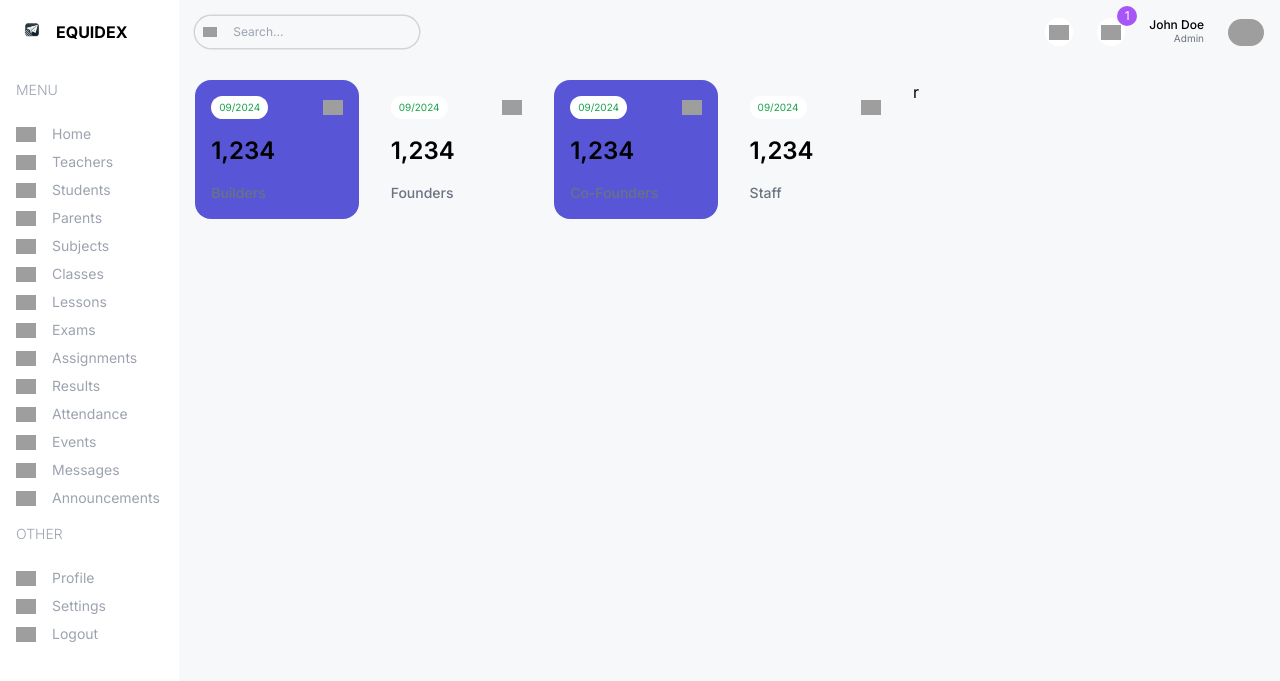
Repository: MikeeBuilds/equidex
Page: /admin
The author's editor kept a copy of each file at every save. The page is drawn from the files as they stood at one save, then again after a run of saves.
The browser window is 1280 px wide. The pictures show the whole page.
Pictures or frames that could not be fetched are drawn as grey boxes. The project was rebuilt for these pictures with package versions that can differ from the ones it lists, and the page was loaded fresh each time. The framework's server and built-in components were replaced by stand-ins that run in the browser. Also part of the build but not shown: next.config.mjs.

Above is the page before, as saved 2024-09-24 18:35:18.

### src/app/layout.tsx
import type { Metadata } from "next";
import { Inter } from "next/font/google";
import "./globals.css";

const inter = Inter({ subsets: ["latin"] });

export const metadata: Metadata = {
  title: "Equidex",
  description: "Link with builders & share workload for sweat equity",
};

export default function RootLayout({
  children,
}: Readonly<{
  children: React.ReactNode;
}>) {
  return (
    <html lang="en">
      <body className={inter.className}>

        {children}
      </body>
    </html>
  );
}

### src/app/(dashboard)/layout.tsx
import Menu from "@/components/Menu";
import Navbar from "@/components/Navbar";
import Image from "next/image";
import Link from "next/link";

export default function DashboardLayout({
  children,
}: Readonly<{
  children: React.ReactNode;
}>) {
  return (
    <div className="h-screen flex">
      {/* LEFT */}
      <div className="w-[14%] md:w-[8%] lg:w-[16%] xl:w-[14%] p-4">
        <Link
          href="/"
          className="flex items-center justify-center lg:justify-start gap-2"
        >
          <Image src="/logo.png" alt="logo" width={32} height={32} />
          <span className="hidden lg:block font-bold">EQUIDEX</span>
        </Link>
        <Menu />
      </div>
      {/* RIGHT */}
      <div className="w-[86%] md:w-[92%] lg:w-[84%] xl:w-[86%] bg-[#F7F8FA] overflow-scroll flex flex-col">
        <Navbar />
        {children}
      </div>
    </div>
  );
}

### src/app/(dashboard)/admin/page.tsx
import UserCard from '@/components/UserCard'
import React from 'react'

const AdminPage = () => {
  return (
    <div className='p-4 flex gap-4 flex-col md:flex-row'>
      {/* LEFT */}
      <div className='w-full lg:w-2/3'>
      {/* USER CARD */}
      <div className='flex gap-4 justify-between flex-wrap'>
        <UserCard type='Builders' />
        <UserCard type='Founders' />
        <UserCard type='Co-Founders' />
        <UserCard type='Staff' />
      </div>
      </div>
      {/* RIGHT */}
      <div className='w-full lg:w-1/3'>r</div>
    </div>

  )
}

export default AdminPage

### src/components/Menu.tsx
import Image from "next/image";
import Link from "next/link";

const menuItems = [
  {
    title: "MENU",
    items: [
      {
        icon: "/home.png",
        label: "Home",
        href: "/",
        visible: ["admin", "teacher", "student", "parent"],
      },
      {
        icon: "/teacher.png",
        label: "Teachers",
        href: "/list/teachers",
        visible: ["admin", "teacher"],
      },
      {
        icon: "/student.png",
        label: "Students",
        href: "/list/students",
        visible: ["admin", "teacher"],
      },
      {
        icon: "/parent.png",
        label: "Parents",
        href: "/list/parents",
        visible: ["admin", "teacher"],
      },
      {
        icon: "/subject.png",
        label: "Subjects",
        href: "/list/subjects",
        visible: ["admin"],
      },
      {
        icon: "/class.png",
        label: "Classes",
        href: "/list/classes",
        visible: ["admin", "teacher"],
      },
      {
        icon: "/lesson.png",
        label: "Lessons",
        href: "/list/lessons",
        visible: ["admin", "teacher"],
      },
      {
        icon: "/exam.png",
        label: "Exams",
        href: "/list/exams",
        visible: ["admin", "teacher", "student", "parent"],
      },
      {
        icon: "/assignment.png",
        label: "Assignments",
        href: "/list/assignments",
        visible: ["admin", "teacher", "student", "parent"],
      },
      {
        icon: "/result.png",
        label: "Results",
        href: "/list/results",
        visible: ["admin", "teacher", "student", "parent"],
      },
      {
        icon: "/attendance.png",
        label: "Attendance",
        href: "/list/attendance",
        visible: ["admin", "teacher", "student", "parent"],
      },
      {
        icon: "/calendar.png",
        label: "Events",
        href: "/list/events",
        visible: ["admin", "teacher", "student", "parent"],
      },
      {
        icon: "/message.png",
        label: "Messages",
        href: "/list/messages",
        visible: ["admin", "teacher", "student", "parent"],
      },
      {
        icon: "/announcement.png",
        label: "Announcements",
        href: "/list/announcements",
        visible: ["admin", "teacher", "student", "parent"],
      },
    ],
  },
  {
    title: "OTHER",
    items: [
      {
        icon: "/profile.png",
        label: "Profile",
        href: "/profile",
        visible: ["admin", "teacher", "student", "parent"],
      },
      {
        icon: "/setting.png",
        label: "Settings",
        href: "/settings",
        visible: ["admin", "teacher", "student", "parent"],
      },
      {
        icon: "/logout.png",
        label: "Logout",
        href: "/logout",
        visible: ["admin", "teacher", "student", "parent"],
      },
    ],
  },
];

const Menu = () => {
  return (
    <div className=" mt-4 text-sm">
      {menuItems.map(i=> (
        <div className="flex flex-col gap-2" key={i.title}>
          <span className="hidden lg:block text-gray-400 font-light my-4">{i.title}</span>
          {i.items.map(item => (
            <Link className="flex items-center justify-center lg:justify-start gap-4 text-gray-400 hover:text-black" href={item.href} key={item.label}>
              <Image src={item.icon} alt="" width={20} height={20} />
              <span className="hidden lg:block">{item.label}</span>
            </Link>
          ))}
        </div>
      ))}
    </div>
  )
}

export default Menu;

### src/components/Navbar.tsx
import Image from "next/image";

const Navbar = () => {
  return (
    <div className="flex items-center justify-between p-4">
      {/* SEARCH BAR */}
      <div className="hidden md:flex items-center gap-2 text-xs rounded-full ring-[1.5px] ring-gray-300 px-2">
        <Image src="/search.png" alt="" width={14} height={14} />
        <input
          type="text"
          placeholder="Search..."
          className="w-[200px] p-2 bg-transparent outline-none"
        />
      </div>
      {/* ICONS AND USER */}
      <div className="flex items-center gap-6 justify-end w-full">
        <div className="bg-white rounded-full w-7 h-7 flex items-center justify-center cursor-pointer">
          <Image src="/message.png" alt="" width={20} height={20} />
        </div>
        <div className="bg-white rounded-full w-7 h-7 flex items-center justify-center cursor-pointer relative">
          <Image src="/announcement.png" alt="" width={20} height={20} />
          <div className="absolute -top-3 -right-3 w-5 h-5 flex items-center justify-center bg-purple-500 text-white rounded-full text-xs">
            1
          </div>
        </div>
        <div className="flex flex-col">
          <span className="text-xs leading-3 font-medium">John Doe</span>
          <span className="text-[10px] text-gray-500 text-right">Admin</span>
        </div>
        <Image
          src="/avatar.png"
          alt=""
          width={36}
          height={36}
          className="rounded-full"
        />
      </div>
    </div>
  );
};

export default Navbar;

### src/components/UserCard.tsx
import Image from 'next/image'
import React from 'react'

const UserCard = ({type}:{type:string}) => {
  return (
    <div className='rounded-2xl odd:bg-dexPurple even:bg-dexPink p-4 flex-1 min-w-[130px]'>
        <div className='flex justify-between items-center'>
            <span className='text-[10px] bg-white px-2 py-1 rounded-full text-green-600'>09/2024</span>
            <Image src="/more.png" alt='more' width={20} height={20} />
        </div>
        <h1 className='text-2xl font-semibold my-4'>1,234</h1>
        <h2 className='capitalize text-sm font-medium text-gray-500'>{type}</h2>
    </div>
  )
}

export default UserCard

### tailwind.config.ts
import type { Config } from "tailwindcss";

const config: Config = {
  content: [
    "./src/pages/**/*.{js,ts,jsx,tsx,mdx}",
    "./src/components/**/*.{js,ts,jsx,tsx,mdx}",
    "./src/app/**/*.{js,ts,jsx,tsx,mdx}",
  ],
  theme: {
    extend: {
      backgroundImage: {
        "gradient-radial": "radial-gradient(var(--tw-gradient-stops))",
        "gradient-conic":
          "conic-gradient(from 180deg at 50% 50%, var(--tw-gradient-stops))",
      },
      colors: {
        dexSky: "#007AFF",
        dexSkyLight: "#D4EDFF",
        dexPurple: "#5856D6",
        dexPurpleLight: "#E5E5EA",
        dexYellow: "#FFCC00",
        dexYellowLight: "#FFFAEF",
      },
    },
  },
  plugins: [],
};
export default config;

Loaded but not shown: src/app/globals.css (common file)

After the next 2 saves:
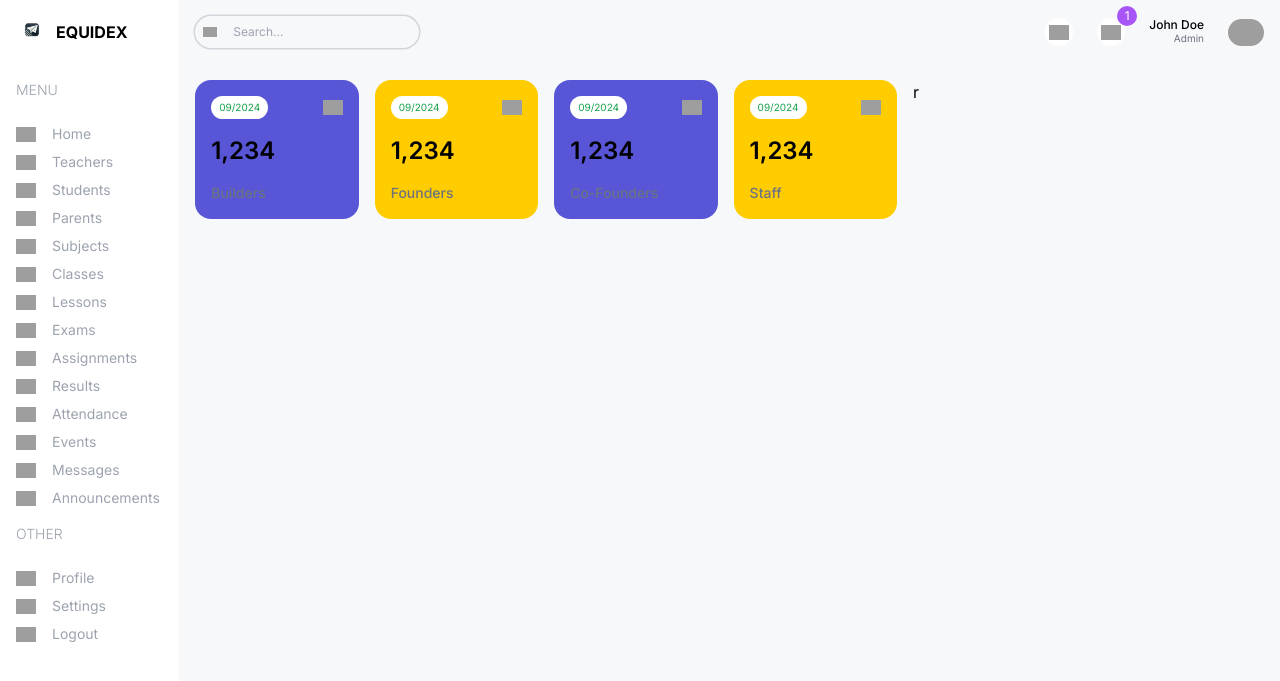
The 2 saves are shown as one change because they came seconds apart.
The last was saved 11 s later.
--- a/src/components/UserCard.tsx
+++ b/src/components/UserCard.tsx
@@ -3,7 +3,7 @@ import React from 'react'
 
 const UserCard = ({type}:{type:string}) => {
   return (
-    <div className='rounded-2xl odd:bg-dexPurple even:bg-dexPink p-4 flex-1 min-w-[130px]'>
+    <div className='rounded-2xl odd:bg-dexPurple even:bg-dexYellow p-4 flex-1 min-w-[130px]'>
         <div className='flex justify-between items-center'>
             <span className='text-[10px] bg-white px-2 py-1 rounded-full text-green-600'>09/2024</span>
             <Image src="/more.png" alt='more' width={20} height={20} />
